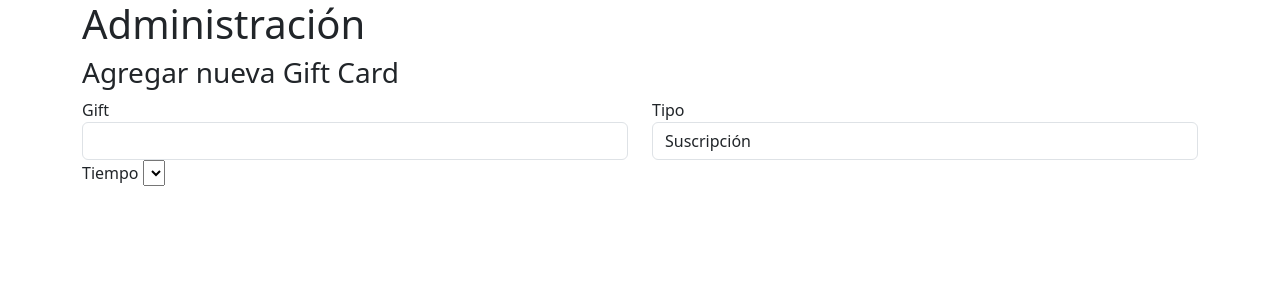
Repository: pedro-donoso/vanilla-js
Page: index.html
An editor plug-in stored every save of this project. The page is shown before and after the next save, followed by the edit.
The browser window is 1280 px wide. The pictures show the whole page.

Above is the page before, as saved 2024-01-31 13:30:48.
Console error: SyntaxError: Unexpected identifier 'assert'

After the next save:
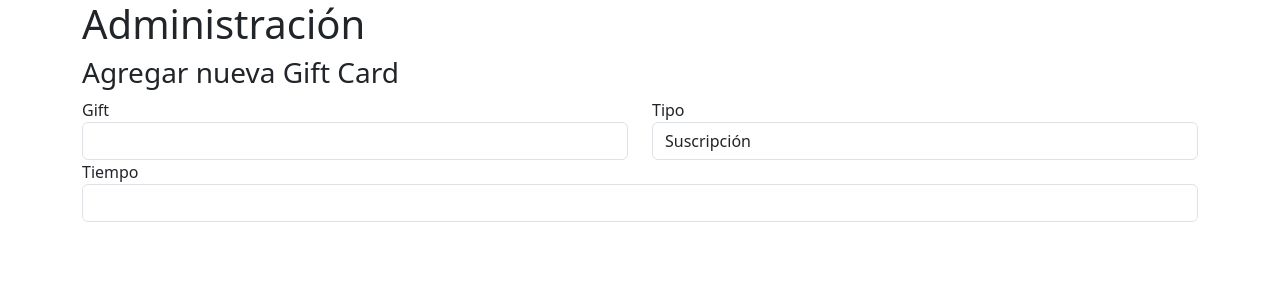
Saved 12 s later.
--- a/index.html
+++ b/index.html
@@ -37,7 +37,8 @@
                     <div class="row">
                         <div class="col">
                             <label>Tiempo</label>
-                            <select id="tiempo" class="form"></select>
+                            <select id="tiempo" class="form-control
+                        </select>
                         </div>
                     </div>
                 </form>
